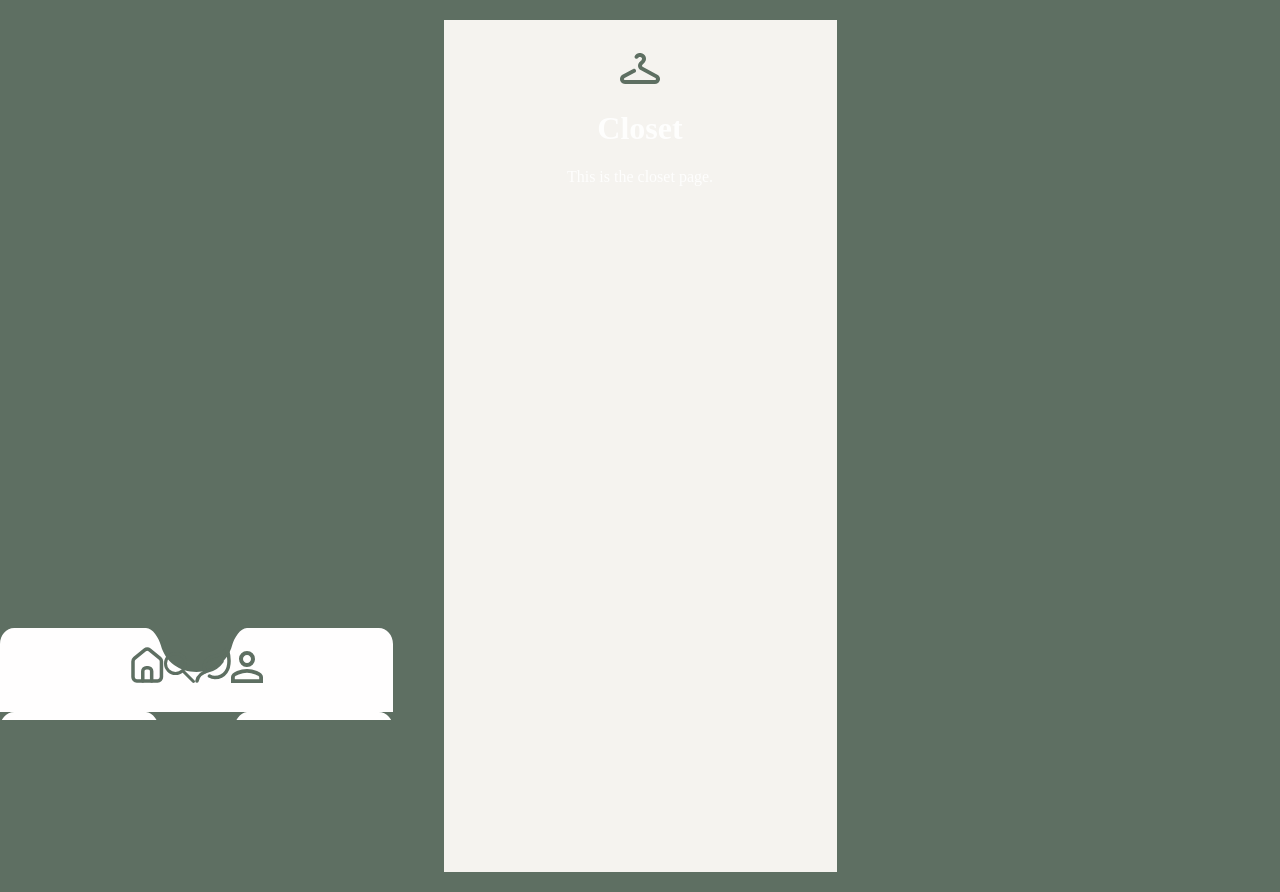
Repository: Strawb3rryjam/app-slotion
Page: /closet
An editor plug-in stored every save of this project. The page is shown before and after the next save, followed by the edit.
The browser window is 1280 px wide. The pictures show the whole page.
The project was rebuilt for these pictures with package versions that can differ from the ones it lists, and the page was loaded fresh each time. Also part of the build but not shown: vite.config.js. Imported but missing from the stored project, and not drawn on this page: src/pages/Home.

Above is the page before, as saved 2025-05-09 02:25:07.

After the next save:
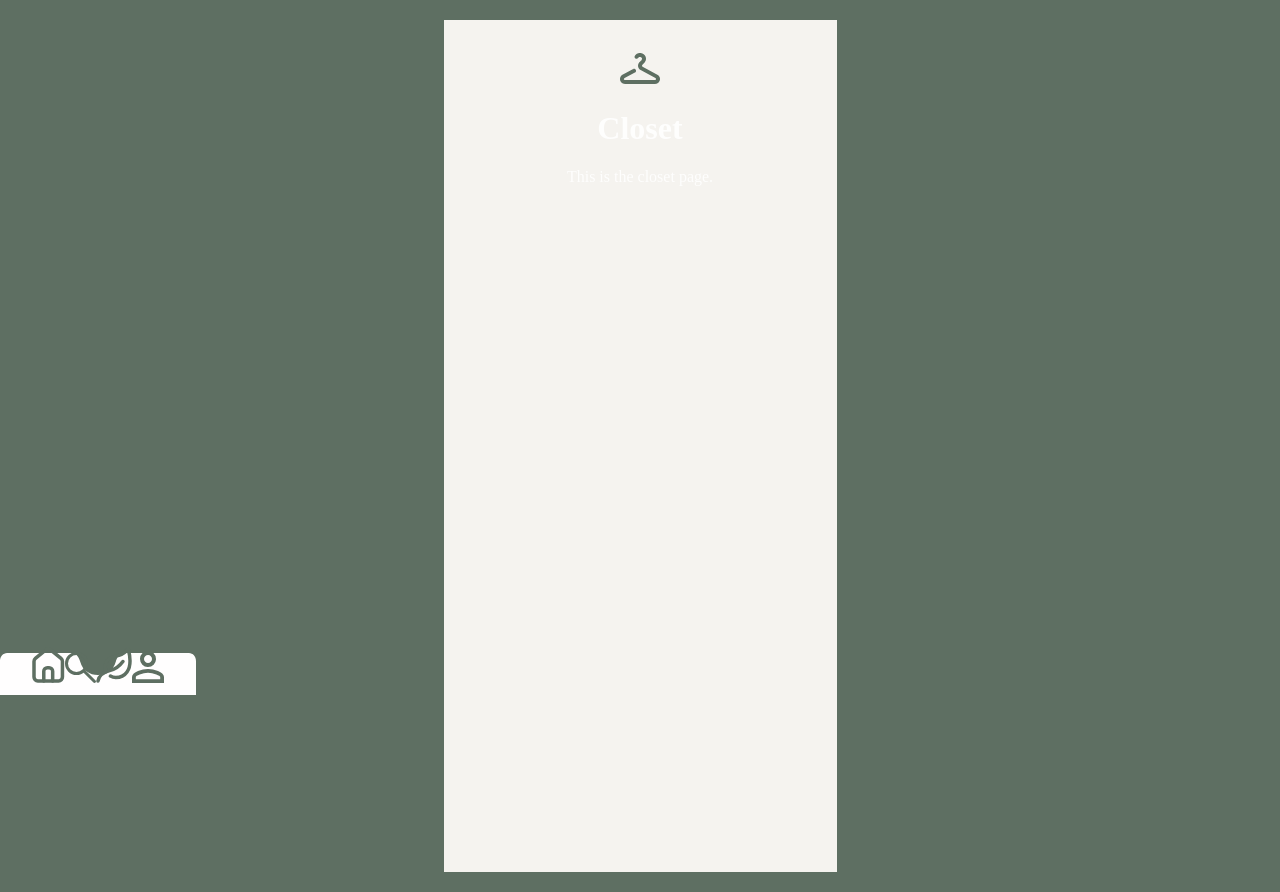
Saved 20 s later.
--- a/src/css/NavBar.module.css
+++ b/src/css/NavBar.module.css
@@ -11,10 +11,10 @@
     display: flex;
     justify-content: center;  /* Align the navbar content centrally */
 
-
     background-image: url(../assets/NavBar.svg);
-    width: 329px;
-    max-height:84px;
+    background-repeat: no-repeat;
+    background-position: center;
+    background-size: contain; /* or cover, depending on the effect you want */
   }
 
 
